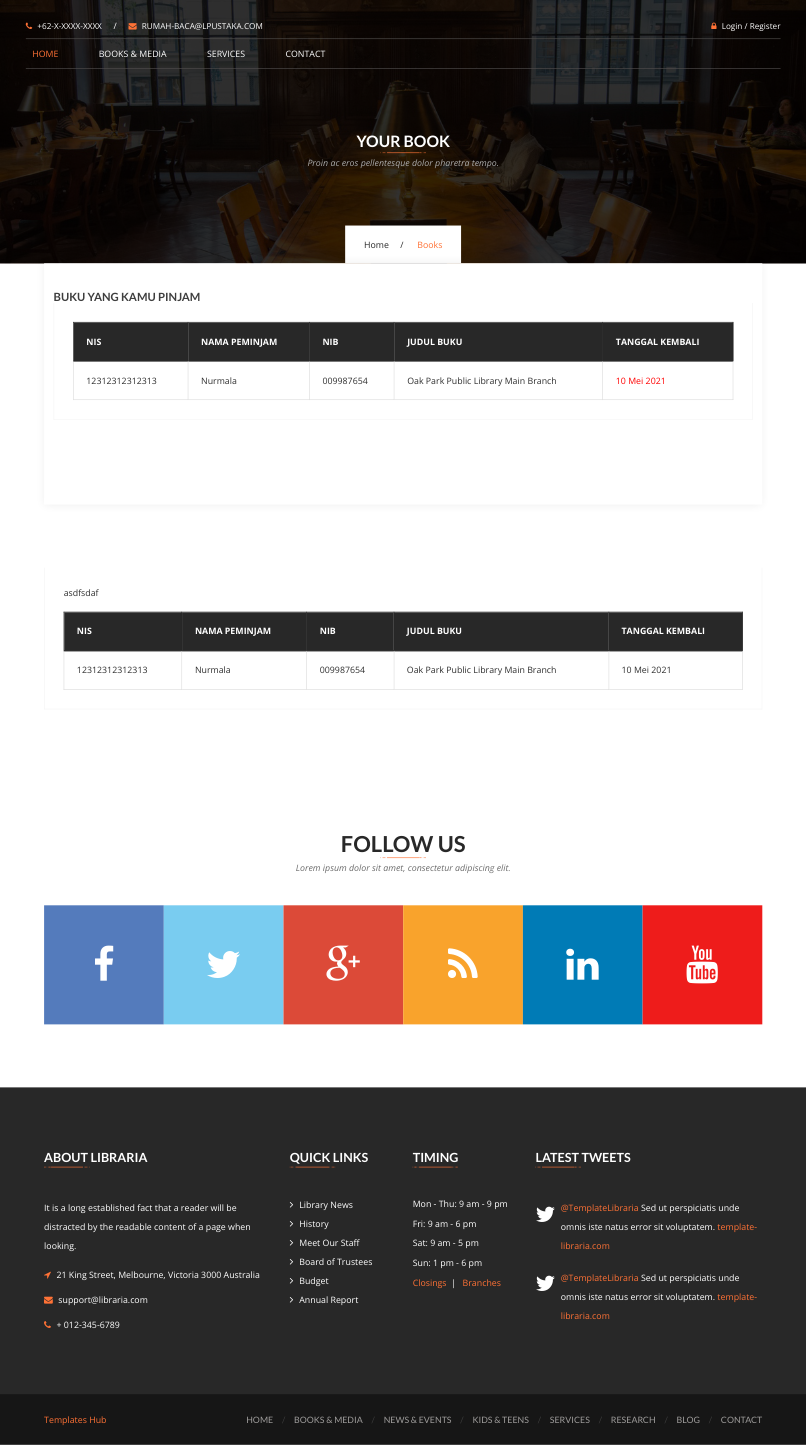
Repository: nizamsalihin/hassan-savvas.github.io
Page: books-media-detail-v2.html
An editor plug-in stored every save of this project. The page is shown before and after the next save, followed by the edit.
The browser window is 1280 px wide. The pictures show the whole page, at 63% of full size.
Backgrounds fixed to the window are drawn as part of the page.

Above is the page before, as saved 2021-05-10 22:36:29.

After the next save:
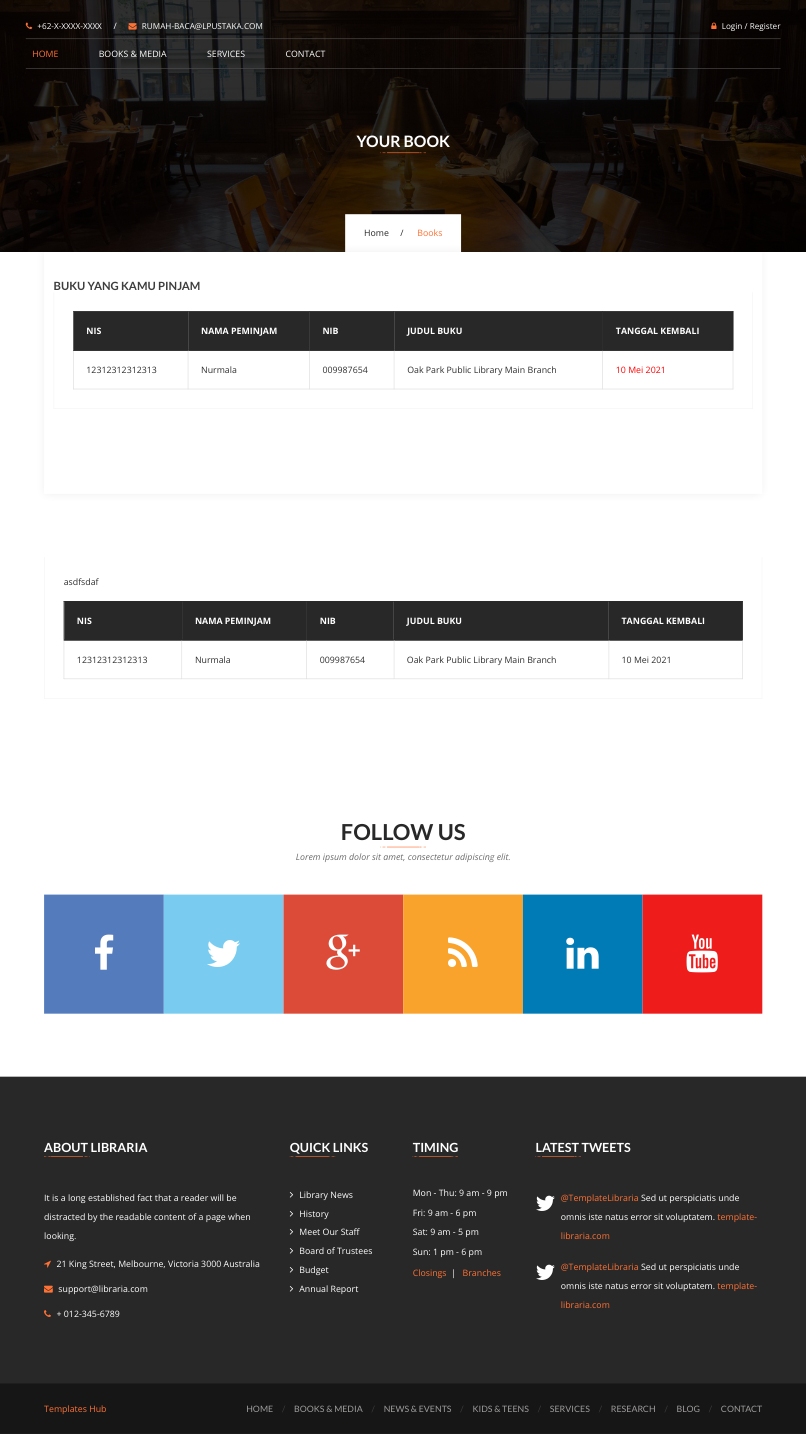
Saved 112 s later.
--- a/books-media-detail-v2.html
+++ b/books-media-detail-v2.html
@@ -174,7 +174,7 @@
                 <div class="banner-header">
                     <h2>Your Book</h2>
                     <span class="underline center"></span>
-                    <p class="lead">Proin ac eros pellentesque dolor pharetra tempo.</p>
+
                 </div>
                 <div class="breadcrumb">
                     <ul>
